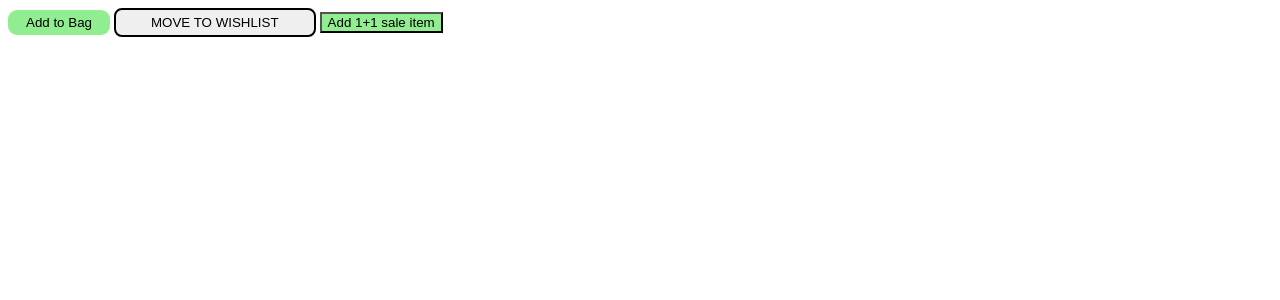
Repository: nihalani20/Learning-Js
Page: practice_set2/index.html
An editor plug-in stored every save of this project. The page is shown before and after a run of saves, followed by the edit.
The browser window is 1280 px wide. The pictures show the whole page.

Above is the page before, as saved 2023-12-09 12:28:29.

### practice_set2/index.html
<!DOCTYPE html>
<html lang="en">
<head>
  <meta charset="UTF-8">
  <meta name="viewport" content="width=device-width, initial-scale=1.0">
  <title>Myntra bag exercise</title>
  <link  href="/practice_set2/style.css" rel="stylesheet">
  <link href="/practice_set2/index.js" >
</head>
<body>
  <main>
     <button class="bag" onclick="alert('Added to bag')">Add to Bag</button>
      <button class="wishlist" onclick="alert('Added to wishlist')">MOVE TO WISHLIST</button>
      <button class="item" onclick="alert('Item added')">Add 1+1 sale item</button>

  </main>
</body>
</html>

### practice_set2/style.css
.bag{
  background-color:lightgreen;
  border:none;
  padding: 5px 18px 5px 18px;
  border-radius:9px;

}

.wishlist{
  padding:5px 35px 5px 35px;
  border:2px solid black;
  border-radius:8px;
}

.item{
  background-color:lightgreen;
}

After the next 2 saves:
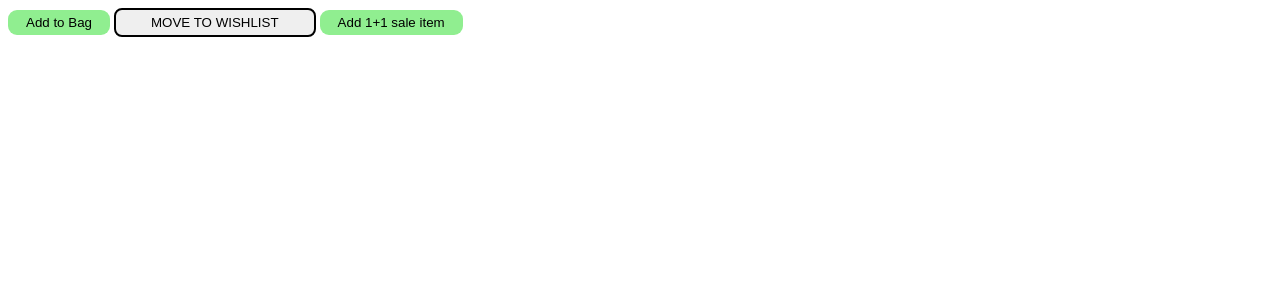
The 2 saves are shown as one change because they came seconds apart.
The last was saved 8 s later.
--- a/practice_set2/style.css
+++ b/practice_set2/style.css
@@ -14,4 +14,7 @@
 
 .item{
   background-color:lightgreen;
+  border: none;
+    padding: 5px 18px 5px 18px;
+    border-radius: 9px;
 }
